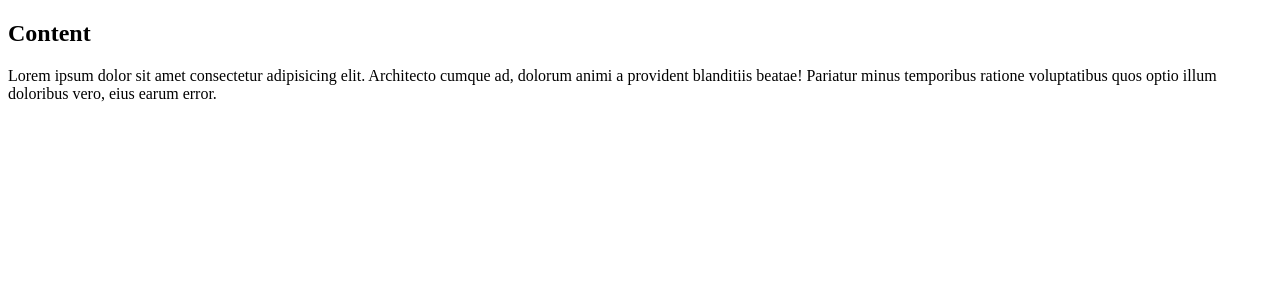
Repository: LeDucHai007/test3
Page: card.html
The author's editor kept a copy of each file at every save. The page is drawn from the files as they stood at one save, then again after the next save.
The browser window is 1280 px wide. The pictures show the whole page.

Above is the page before, as saved 2022-02-16 05:20:47.

After the next save:
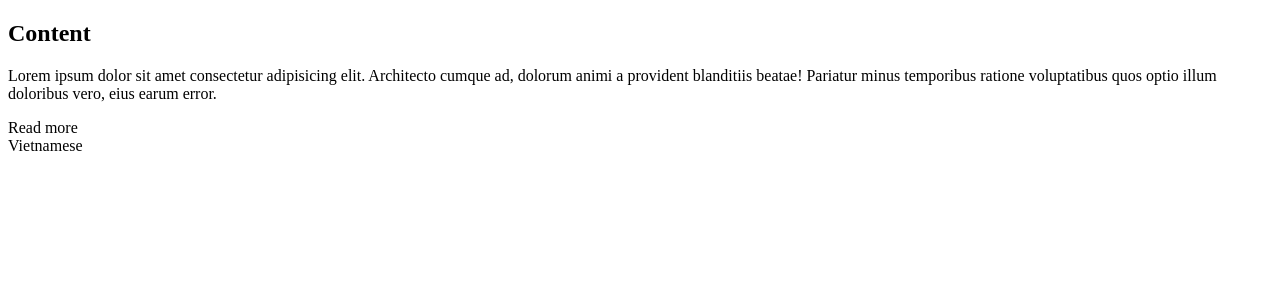
Saved 3 min 54 s later.
--- a/card.html
+++ b/card.html
@@ -12,6 +12,8 @@
     <div class="card">
         <h2 class="card-title">Content</h2>
         <p class="card-body">Lorem ipsum dolor sit amet consectetur adipisicing elit. Architecto cumque ad, dolorum animi a provident blanditiis beatae! Pariatur minus temporibus ratione voluptatibus quos optio illum doloribus vero, eius earum error.</p>
+        <div class="button">Read more</div>
+        <div class="button">Vietnamese</div>
     </div>
 
 </body>
